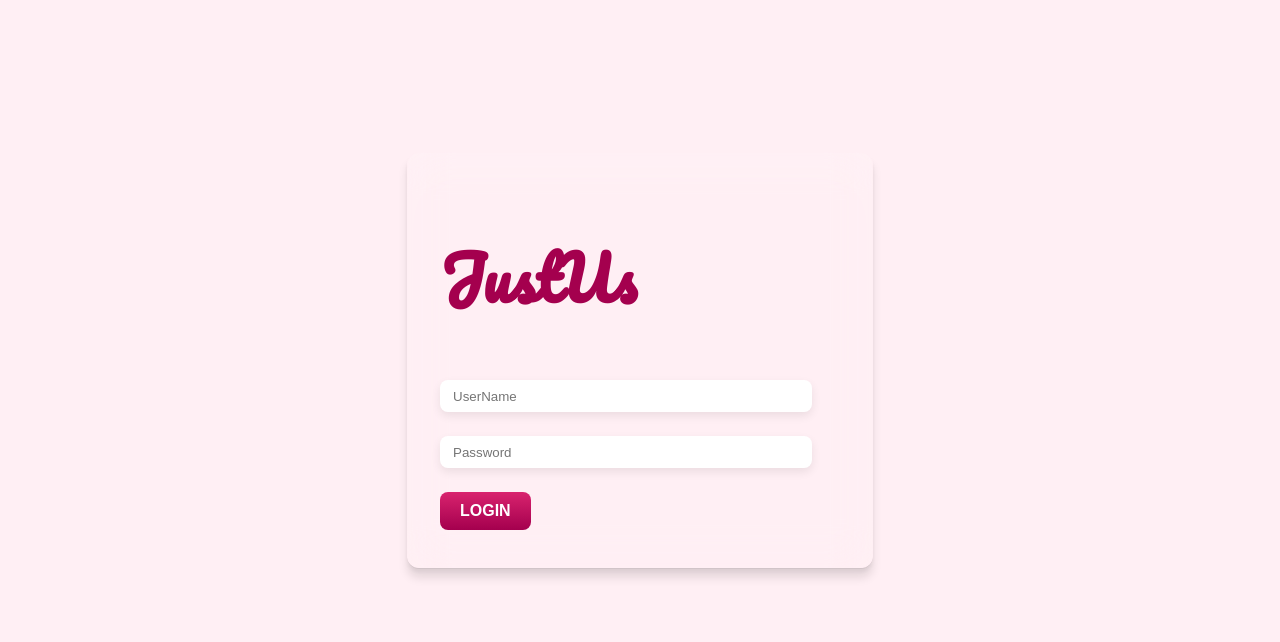
Repository: AfifaNoor/JustUs_ReactJs
Page: /
The author's editor kept a copy of each file at every save. The page is drawn from the files as they stood at one save, then again after the next save.
The browser window is 1280 px wide. The pictures show the whole page.
The project was rebuilt for these pictures with package versions that can differ from the ones it lists, and the page was loaded fresh each time.

Above is the page before, as saved 2025-07-14 16:03:25.

After the next save:
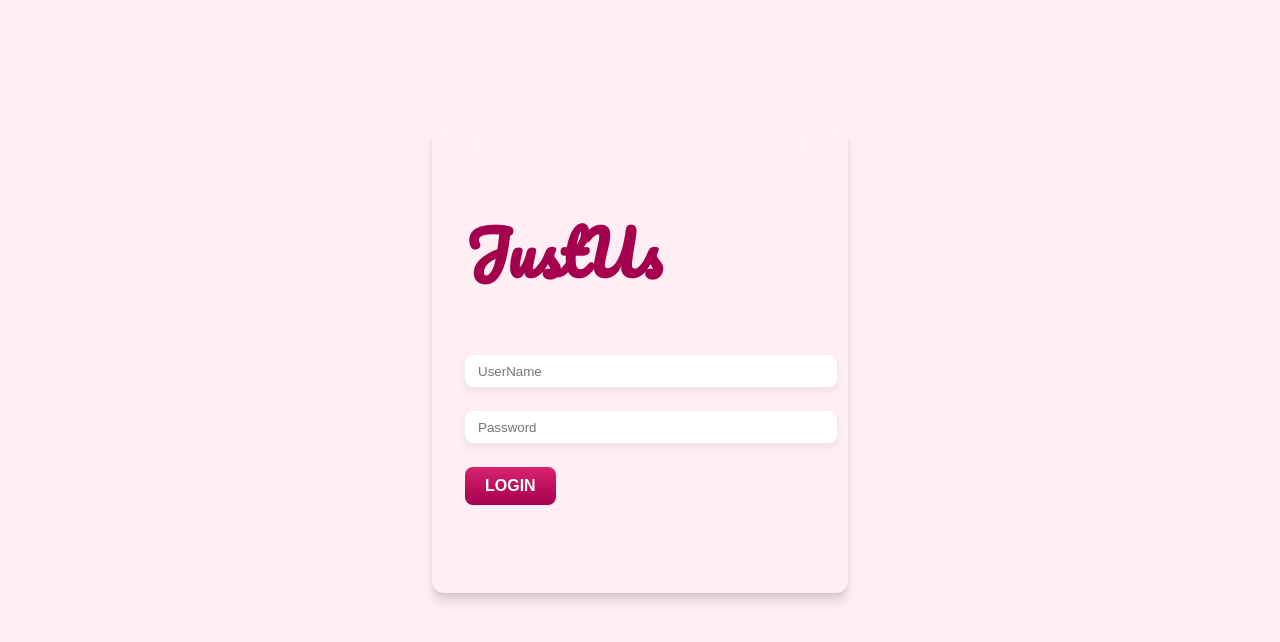
Saved 17 s later.
--- a/src/LoginPage.css
+++ b/src/LoginPage.css
@@ -38,8 +38,8 @@
 }
 
 .form-container{
-    width: 400px;
-    height: 350px;
+    width: 350px;
+    height: 400px;
     border-radius: 12px;
     padding: 32px;
     gap:10px;
